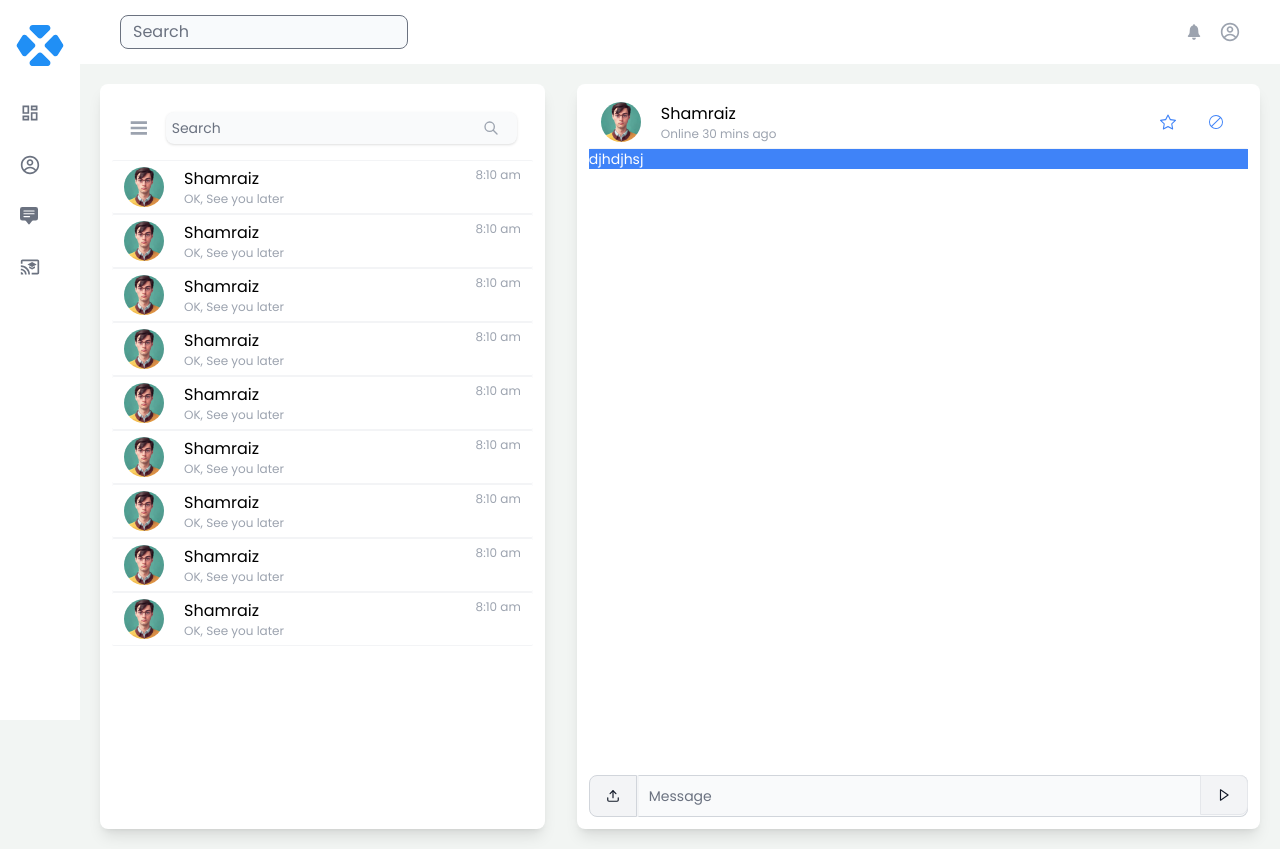
Repository: Shamraiz761/Frontend-Assessment
Page: /chat
The author's editor kept a copy of each file at every save. The page is drawn from the files as they stood at one save, then again after the next save.
The browser window is 1280 px wide. The pictures show the whole page.
The project was rebuilt for these pictures with package versions that can differ from the ones it lists, and the page was loaded fresh each time. Also part of the build but not shown: vite.config.js, src/routes/root.jsx, src/pages/orders/index.jsx, src/pages/submission/index.jsx, src/pages/admin/index.css, src/components/admin/card.jsx, src/components/admin/addCard.jsx, src/pages/admin/index.jsx and 3 more. Imported but missing from the stored project, and not drawn on this page: src/pages/auth/login, src/pages/tasks, src/routes/profileLayout.

Above is the page before, as saved 2023-06-16 11:49:31.

After the next save:
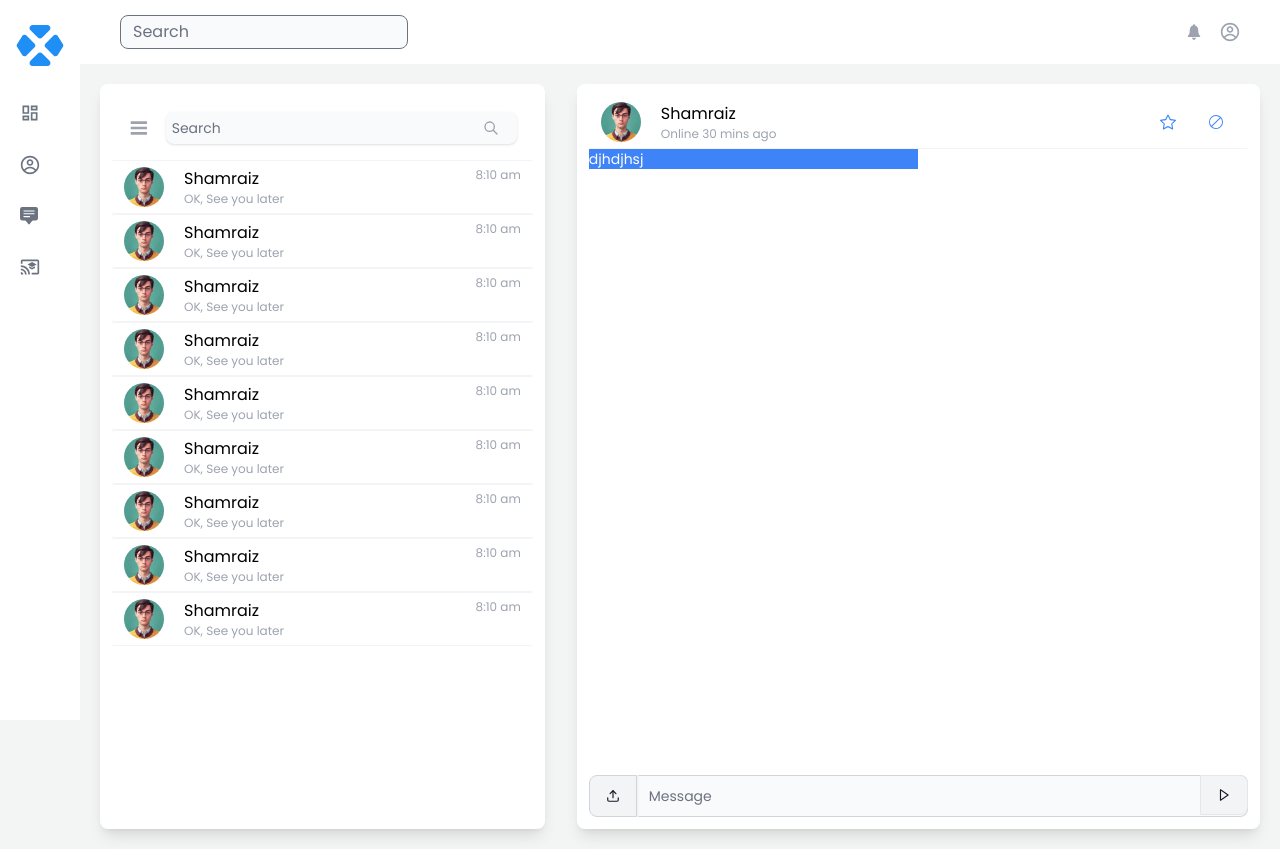
Saved 13 s later.
--- a/src/components/chat/userChat.jsx
+++ b/src/components/chat/userChat.jsx
@@ -28,7 +28,7 @@ function UserChat() {
         </div>
       </div>
       <div className="chats ">
-        <p className="text-sm bg-blue-500 text-white flex flex-col  justify-end">
+        <p className="text-sm bg-blue-500 text-white flex flex-col  justify-end w-1/2">
           djhdjhsj
         </p>
       </div>
